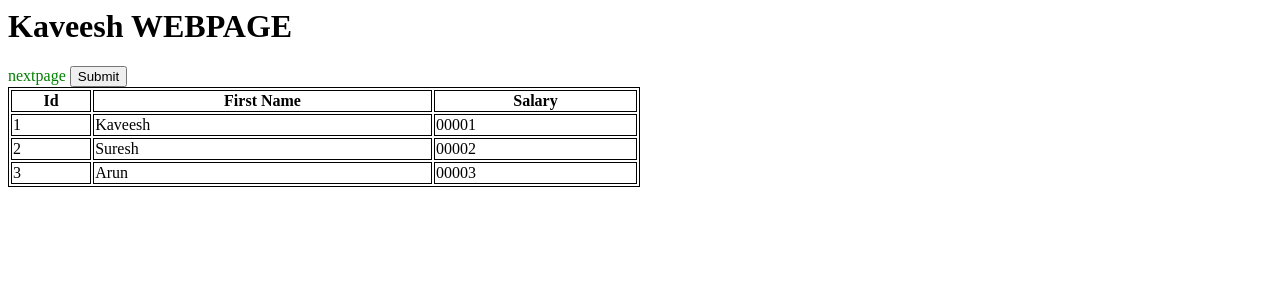
Repository: RaghavendraNallamalli/junit-and-spring
Page: http://localhost/SpringBootAssignments/views/employ.jsp
An editor plug-in stored every save of this project. The page is shown before and after the next save, followed by the edit.
The browser window is 1280 px wide. The pictures show the whole page.
The page is served by Tomcat 9. Other server files are loaded and not shown.

Above is the page before, as saved 2022-04-08 05:48:09.

### SpringBootAssignments/src/main/webapp/views/employ.jsp
<html>
    <head>
    <h1> Kaveesh WEBPAGE</h1>
        <style>
            table,th,td{
                border: 1px solid black;
            }
        </style>
    </head>

    <body>
    <table style="width:50%">
    <tr>
        <th>Id</th>
        <th>First Name</th>
        <th>Salary</th>
    </tr>
    <tr>
        <td>1</td>
        <td>Kaveesh </td>
        <td>00001</td>
    </tr>
    <tr>
         <td>2</td>
         <td>Suresh</td>
         <td>00002</td>
    </tr>
    <tr>
        <td>3</td>
        <td>Arun</td>
        <td>00003</td>
   </tr>
   <form action="/Assignment9" method="post">
        <font color="green"  > nextpage <input type="submit" name="submit">
   </form>

    </body>
</html>

After the next save:
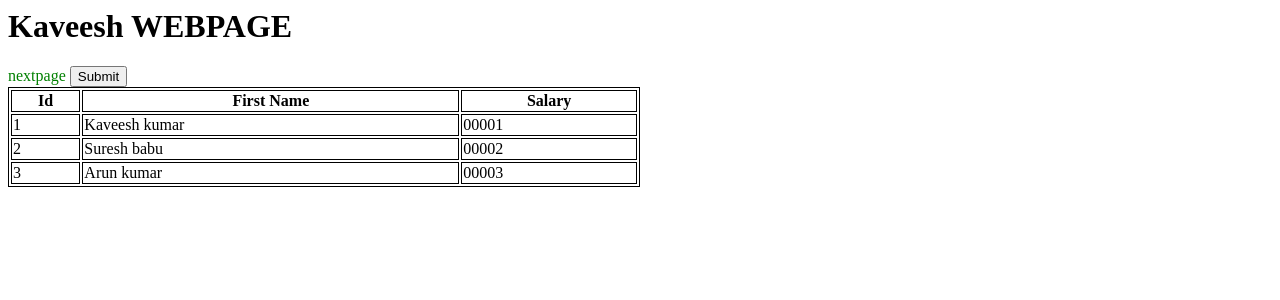
Saved 25 s later.
--- a/SpringBootAssignments/src/main/webapp/views/employ.jsp
+++ b/SpringBootAssignments/src/main/webapp/views/employ.jsp
@@ -17,17 +17,17 @@
     </tr>
     <tr>
         <td>1</td>
-        <td>Kaveesh </td>
+        <td>Kaveesh kumar </td>
         <td>00001</td>
     </tr>
     <tr>
          <td>2</td>
-         <td>Suresh</td>
+         <td>Suresh babu</td>
          <td>00002</td>
     </tr>
     <tr>
         <td>3</td>
-        <td>Arun</td>
+        <td>Arun kumar</td>
         <td>00003</td>
    </tr>
    <form action="/Assignment9" method="post">
